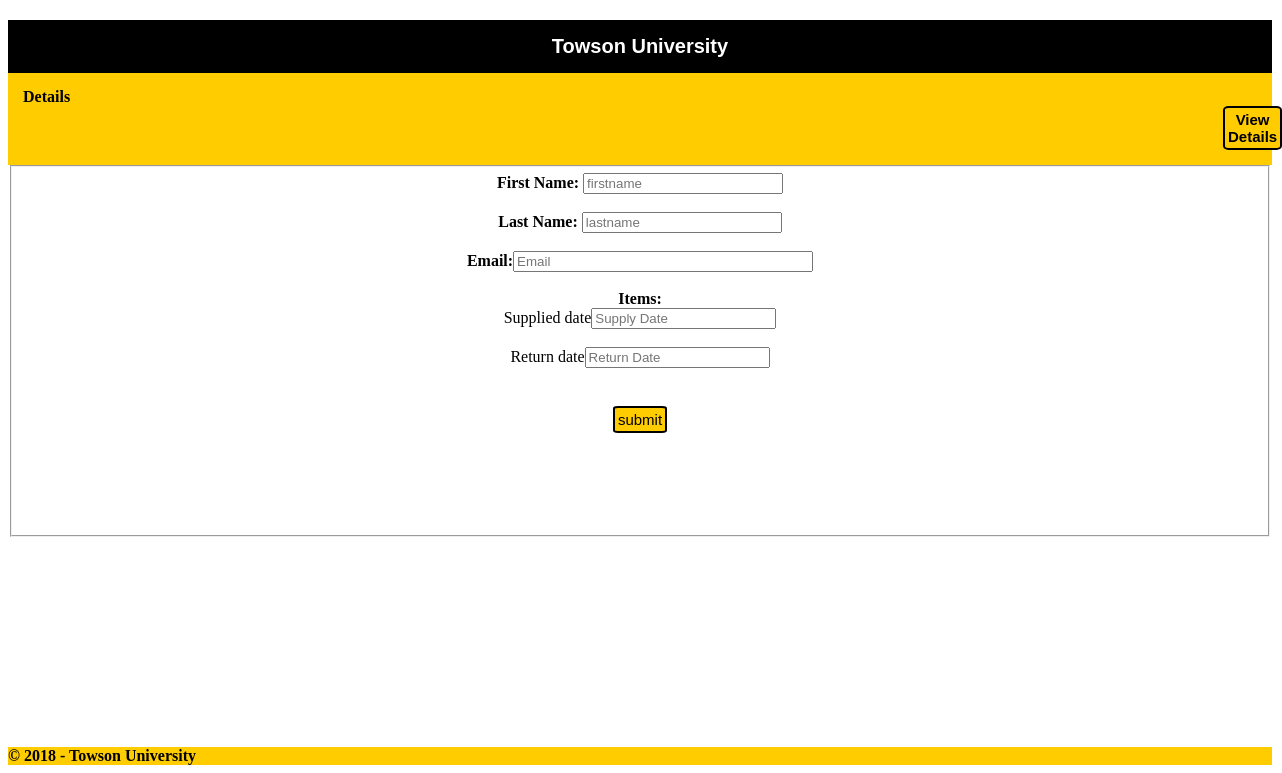
Repository: DatabaseCOSC578/eclipse-workspace11
Page: http://localhost/Supervisor/Supervisor.jsp
These files come from the project's save history. The page is drawn as it stood at one moment and after the next save; the edit follows.
The browser window is 1280 px wide. The page is 1282 px wide, so the pictures cover 1282 px, including what lies to the right of the window. The pictures show the whole page.
The page is served by Tomcat 9.

Above is the page before, as saved 2018-04-15 22:56:13.

After the next save:
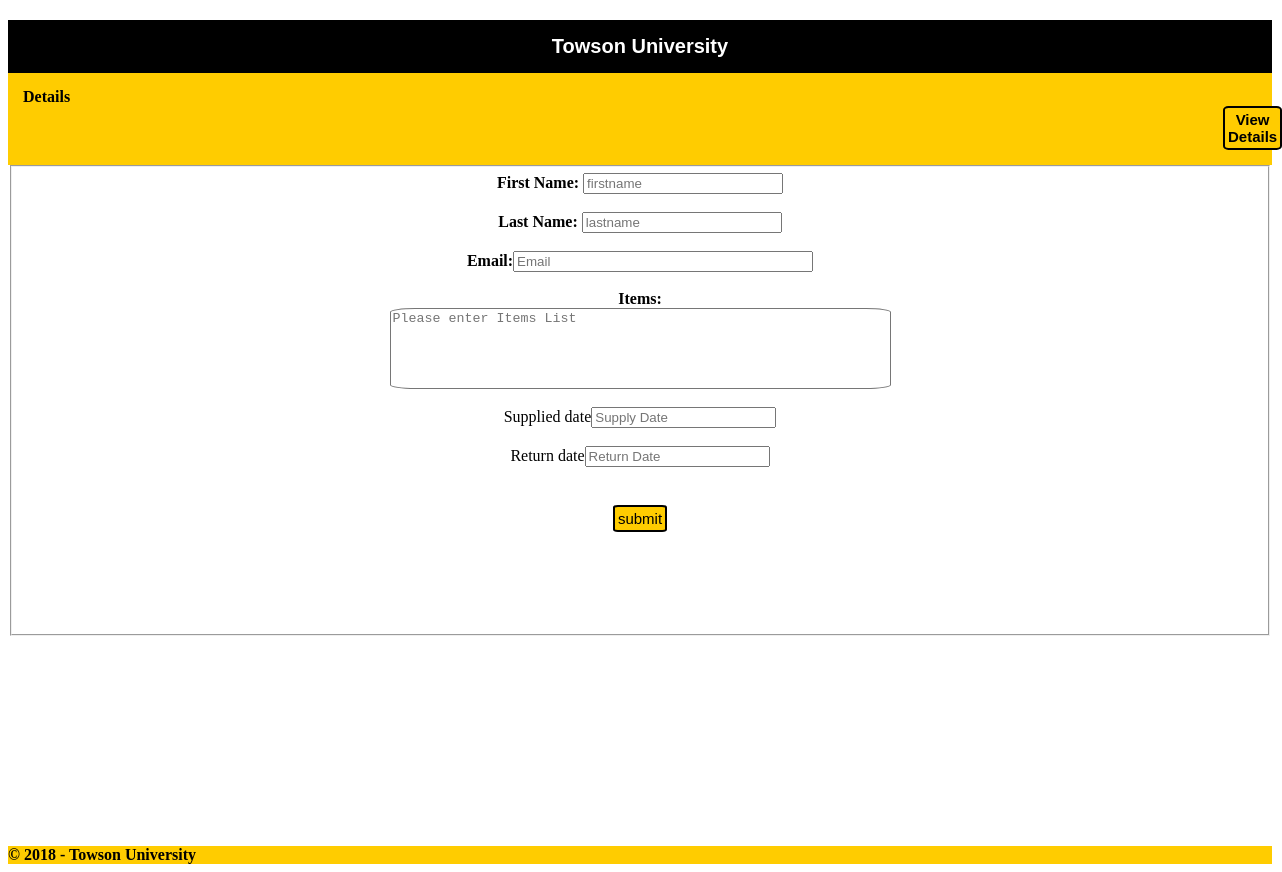
Saved 16 min 48 s later.
--- a/Supervisor/WebContent/Supervisor.jsp
+++ b/Supervisor/WebContent/Supervisor.jsp
@@ -1,31 +1,6 @@
 <html>
 <head>
     <link href="css/layout1.css" rel="stylesheet">
-    <head>
-    <script type='text/javascript'>
-        function addFields(){
-            // Number of inputs to create
-            var number = document.getElementById("member").value;
-            // Container <div> where dynamic content will be placed
-            var container = document.getElementById("container");
-            // Clear previous contents of the container
-            while (container.hasChildNodes()) {
-                container.removeChild(container.lastChild);
-            }
-            for (i=0;i<number;i++){
-                // Append a node with a random text
-                container.appendChild(document.createTextNode("Member " + (i+1)));
-                // Create an <input> element, set its type and name attributes
-                var input = document.createElement("input");
-                input.type = "text";
-                input.name = "member" + i;
-                container.appendChild(input);
-                // Append a line break
-                container.appendChild(document.createElement("br"));
-            }
-        }
-    </script>
-</head>
 </head>
 <body>
 <header><center>Towson University</center></header>
@@ -41,9 +16,10 @@
 <center>
 <b>First Name:</b> <input type=text style="width: 200px;" name="fname " placeholder="firstname"><br><br>
 <b>Last Name:</b> <input type=text style="width: 200px;" name="lname " placeholder="lastname"><br><br>
-<b>Email:</b><input type=text style="width: 300px; align:center;" name="email" placeholder="Email "><br><br>
+<b>Email:</b><input type=text style="width: 300px; align:center;" name="custname" placeholder="Email "><br><br>
 <b>Items:</b></br>
-
+<textarea rows="5" cols="60"  maxlength="260" name="items" placeholder="Please enter Items List">
+</textarea> <br><br>
 Supplied date<input type=text name="sdate" placeholder="Supply Date" ><br><br>
 Return date<input type=text name="rdate" placeholder="Return Date" ><br><br>
 <input type=submit value=submit> <br><br><br><br><br>
